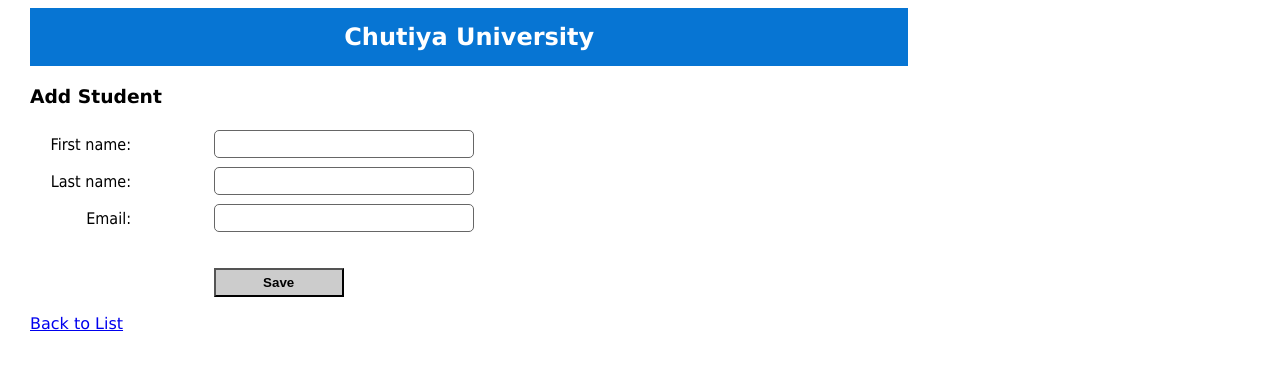
Repository: shafa45/JSP-SERVLET-JDBC-Tutorial
Page: http://localhost/web-student-tracker/add-student-form.jsp
These files come from the project's save history. The page is drawn as it stood at one moment and after the next save; the edit follows.
The browser window is 1280 px wide. The pictures show the whole page.
The page is served by Tomcat 9. Other server files are loaded and not shown.

Above is the page before, as saved 2022-11-25 18:21:00.

### web-student-tracker/WebContent/add-student-form.jsp
<!DOCTYPE html>
<html>

<head>
	<title>Add Student</title>

	<link type="text/css" rel="stylesheet" href="css/style.css">
	<link type="text/css" rel="stylesheet" href="css/add-student-style.css">
</head>

<body>
	<div id="wrapper">
		<div id="header">
			<h2>Chutiya University</h2>
		</div>
	</div>

	<div id="container">
		<h3>Add Student</h3>

		<form action="StudentControllerServlet" method="GET">

			<input type="hidden" name="command" value="ADD" />

			<table>
				<tbody>
					<tr>
						<td><label>First name:</label></td>
						<td><input type="text" name="firstName" /></td>
					</tr>

					<tr>
						<td><label>Last name:</label></td>
						<td><input type="text" name="lastName" /></td>
					</tr>

					<tr>
						<td><label>Email:</label></td>
						<td><input type="text" name="email" /></td>
					</tr>

					<tr>
						<td><label></label></td>

						<td><button type="submit" value="Save" class="save">Save</button></td>
					</tr>

				</tbody>
			</table>
		</form>

		<div style="clear: both;"></div>

		<p>
			<a href="StudentControllerServlet">Back to List</a>
		</p>
	</div>
</body>

</html>

### web-student-tracker/WebContent/css/style.css
html, body{
	margin-left:15px; margin-right:15px;
	padding:0px;
	font-family:Verdana, Arial, Helvetica, sans-serif;
}

table {
	border-collapse:collapse;
	border-bottom:1px solid gray;
	font-family: Tahoma,Verdana,Segoe,sans-serif;
	width:72%;
}

th {
	border-bottom:1px solid gray;
	background:none repeat scroll 0 0 #0775d3;
	padding:10px;
	color: #FFFFFF;
}

tr {
	border-top:1px solid gray;
	text-align:center;
}

tr:nth-child(even) {background: #FFFFFF}
tr:nth-child(odd) {background: #BBBBBB}

#wrapper {width: 100%; margin-top: 0px; margin-bottom: 20px; }
#header {width: 72%; background: #0775d3; margin-top: 0px; padding:15px 0px 15px 0px; text-align:center;}
#header h2 {width: 100%; margin:auto; color: #FFFFFF;}
#container {width: 100%; margin:auto}
#container h3 {color: #000;}
#container #content {margin-top: 20px;}

.add-student-button {
	border: 1px solid #666;
	border-radius: 5px;
	padding: 4px;
	font-size: 12px;
	font-weight: bold;
	width: 120px;
	padding: 5px 10px;

	margin-bottom: 15px;
	background: #cccccc;
}

Loaded but not shown: web-student-tracker/WebContent/css/add-student-style.css (common file)

After the next save:
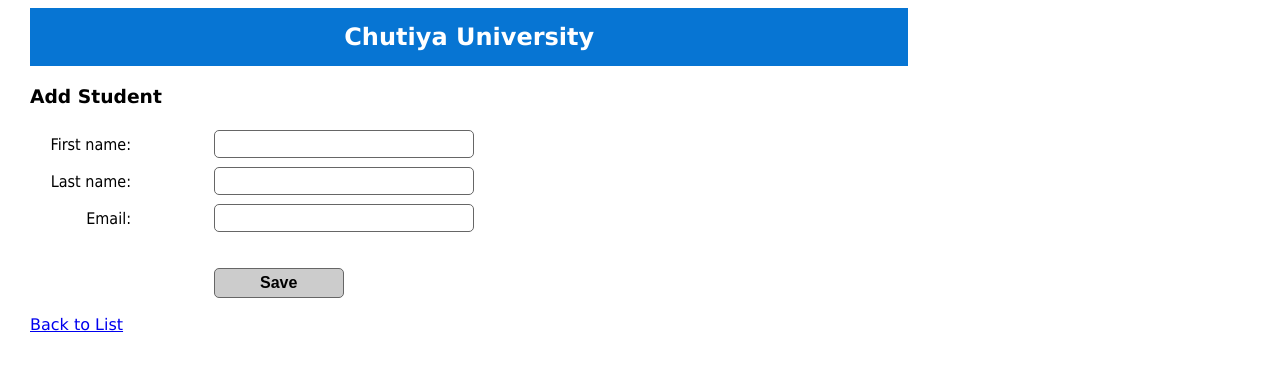
Saved 44 s later.
--- a/web-student-tracker/WebContent/add-student-form.jsp
+++ b/web-student-tracker/WebContent/add-student-form.jsp
@@ -41,8 +41,7 @@
 
 					<tr>
 						<td><label></label></td>
-
-						<td><button type="submit" value="Save" class="save">Save</button></td>
+						<td><input type="submit" value="Save" class="save" /></td>
 					</tr>
 
 				</tbody>
